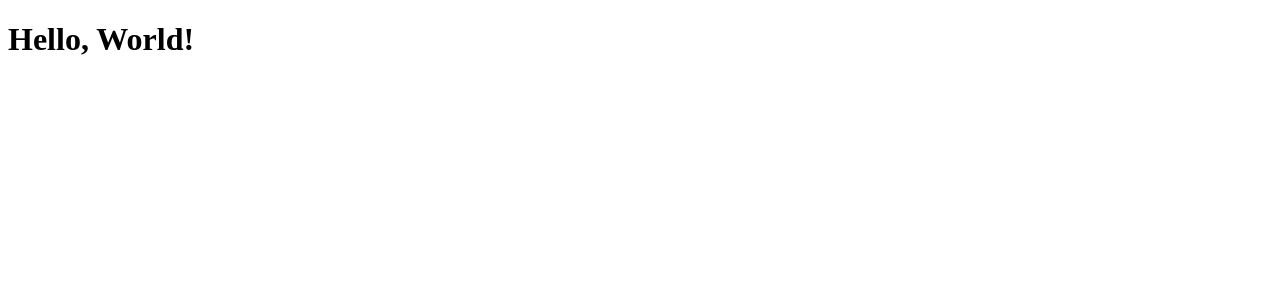
Repository: jaisydh07/WEBD6201-Week1
Page: index.html
The author's editor kept a copy of each file at every save. The page is drawn from the files as they stood at one save, then again after the next save.
The browser window is 1280 px wide. The pictures show the whole page.

Above is the page before, as saved 2021-01-28 10:56:42.

After the next save:
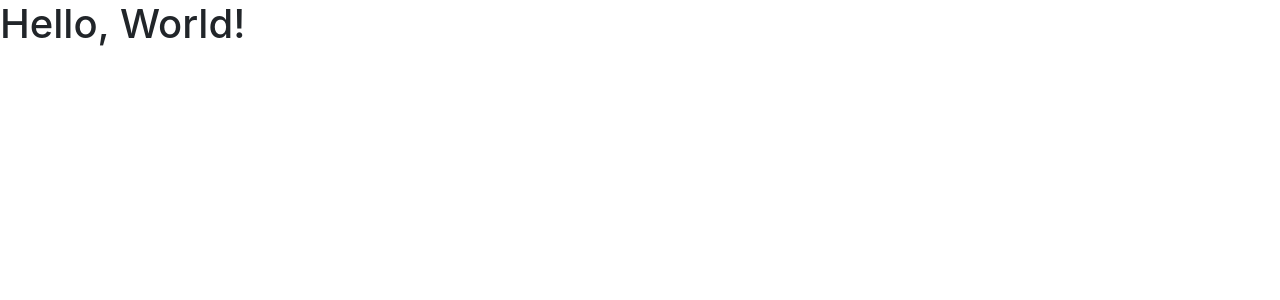
Saved 11 h 17 min later.
--- a/index.html
+++ b/index.html
@@ -5,6 +5,8 @@
     <meta name="viewport" content="width=device-width, initial-scale=1.0">
     <title>Hello, World!</title>
     <!-- CSS Section -->
+    <link rel="stylesheet" href="./node_modules/bootstrap/dist/css/bootstrap.min.css">
+    <link rel="stylesheet" href="./node_modules/@fortawesome/fontawesome-free/css/all.min.css">
     <link rel="stylesheet" href="./Content/app.css">
 </head>
 <body>
